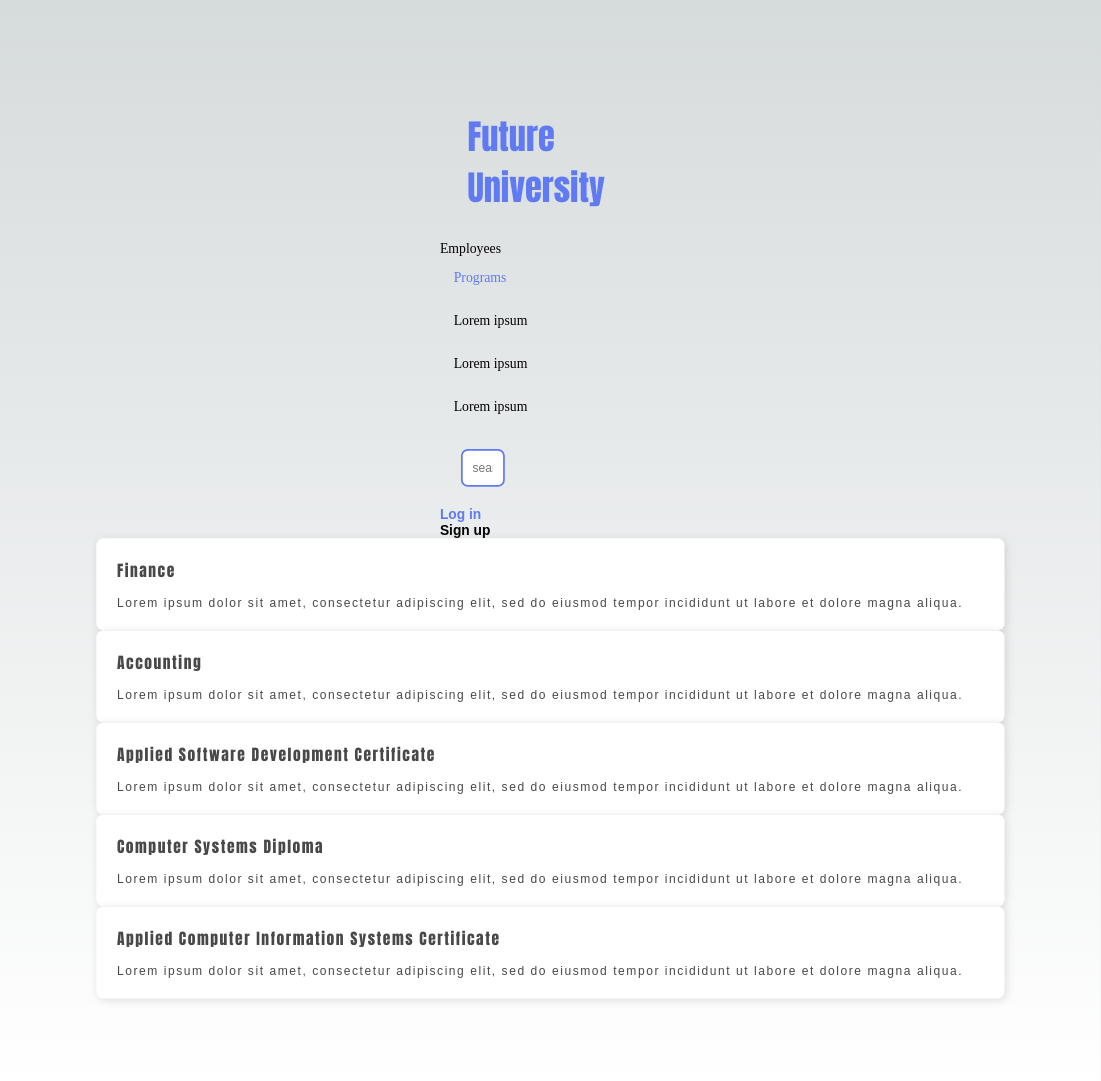
Repository: giovanabirck/class03-vercel-test
Page: /
The author's editor kept a copy of each file at every save. The page is drawn from the files as they stood at one save, then again after the next save.
The browser window is 1280 px wide. The pictures show the whole page, at 86% of full size.
The project was rebuilt for these pictures with package versions that can differ from the ones it lists, and the page was loaded fresh each time. The framework's server and built-in components were replaced by stand-ins that run in the browser. Also part of the build but not shown: next.config.js, components/CardPrograms/CardPrograms.module.css.

Above is the page before, as saved 2023-01-28 21:19:44.

After the next save:
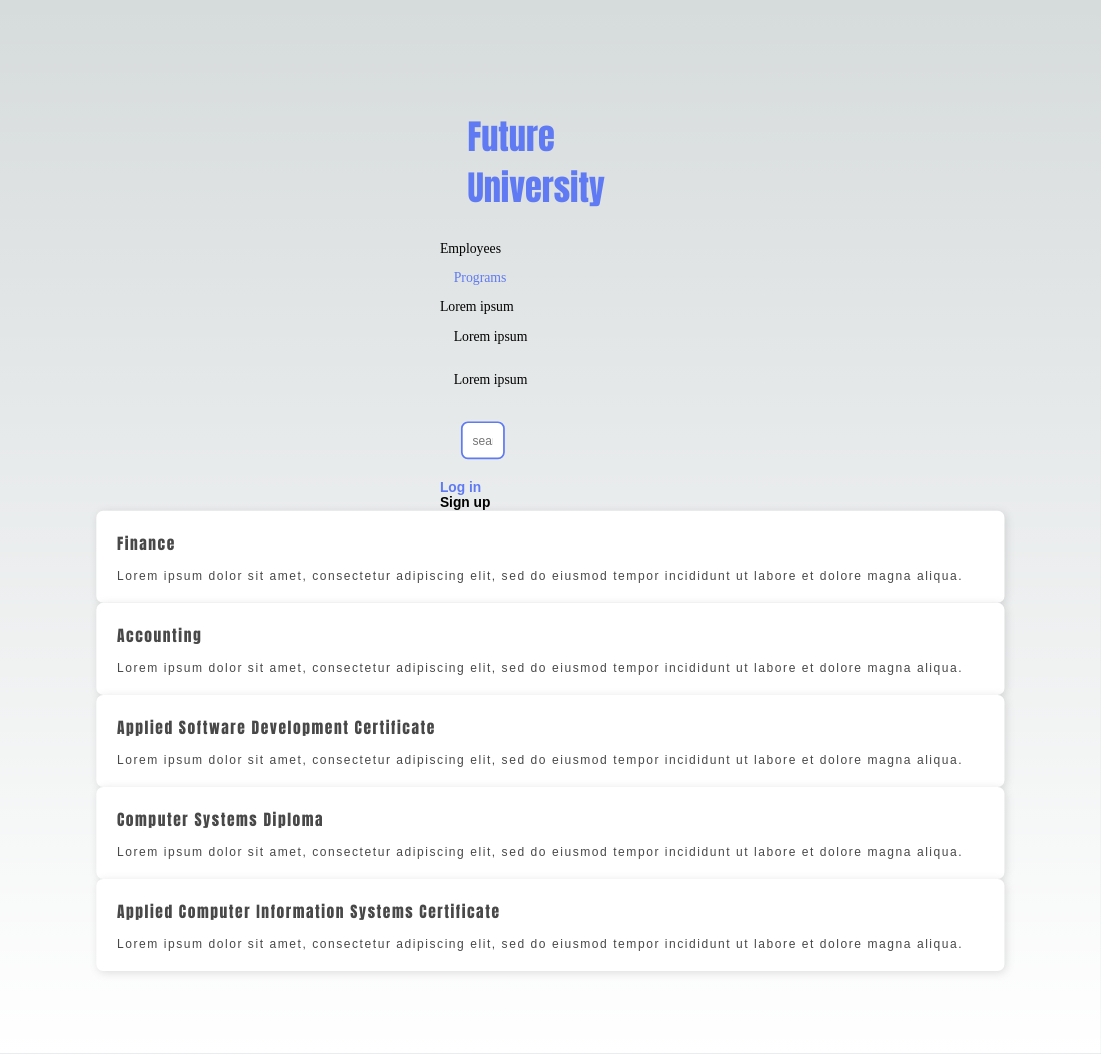
Saved 5 s later.
--- a/components/MenuPrograms/index.js
+++ b/components/MenuPrograms/index.js
@@ -9,7 +9,7 @@ export default function MenuPrograms() {
 
             <p style={{padding:"16px", color: "#5F7AF2"}}>Programs</p>
 
-            <p style={{padding:"16px"}}>Lorem ipsum</p>
+            <p>Lorem ipsum</p>
 
             <p style={{padding:"16px"}}>Lorem ipsum</p>
 
